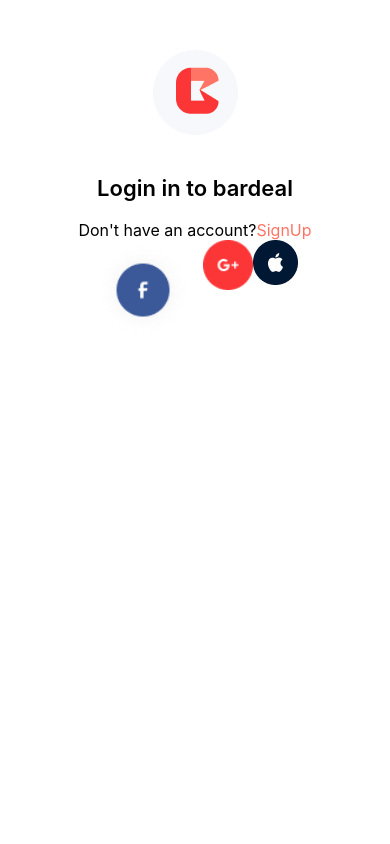
Repository: krunallogisticinfotech/bardealapp-clone
Screen: /
These files come from the project's save history. The screen is drawn as it stood at one moment and after the next save; the edit follows.
The app was drawn by React Native's web renderer in a window 390 px wide. The project was rebuilt for these pictures with package versions that can differ from the ones it lists, and the page was loaded fresh each time.

Above is the screen before, as saved 2021-10-21 18:12:13.

### App.js
import React from 'react';
import Loginscreen from './screens/Loginscreen';

const App = () => {
  return (
    <>
      <Loginscreen />
    </>
  );
};

export default App;

### screens/Loginscreen.js
import React from 'react';
import {Text, View, SafeAreaView, Image, StyleSheet} from 'react-native';
import Logo from '../assets/Logo.png';
import FacebookIcon from '../assets/Facebook.png';
import GoogleIcon from '../assets/Google.png';
import AppleIcon from '../assets/Apple.png';

const Loginscreen = () => {
  return (
    <SafeAreaView>
      <View style={styles.container}>
        <Image style={styles.applogo} source={Logo} />
        <Text style={styles.logoHeading}>Login in to bardeal</Text>
        <Text style={styles.accountText}>
          Don't have an account?
          <Text onPress={console.log('Singup')} style={styles.signupText}>
            SignUp
          </Text>
        </Text>
        <View style={styles.socialIconContainer}>
          <Image style={styles.FacebookIcon} source={FacebookIcon} />
          <Image style={styles.GoogleIcon} source={GoogleIcon} />
          <Image style={styles.AppleIcon} source={AppleIcon} />
        </View>
      </View>
    </SafeAreaView>
  );
};

const styles = StyleSheet.create({
  container: {
    flex: 1,
    alignItems: 'center',
  },
  applogo: {
    marginTop: 50,
  },
  logoHeading: {
    fontSize: 22,
    height: 25,
    fontWeight: '600',
    marginTop: 40,
  },
  accountText: {
    fontSize: 16,
    height: 20,
    marginTop: 20,
  },
  signupText: {
    color: '#FF7465',
    height: 20,
  },
  socialIconContainer:{
    flex: 3,
    flexDirection:'row',
  },
  FacebookIcon:{
    width: 100,
    height: 100,
  },
  GoogleIcon:{
    width: 50,
    height: 50,
    marginLeft:10,
  }

});

export default Loginscreen;

After the next save:
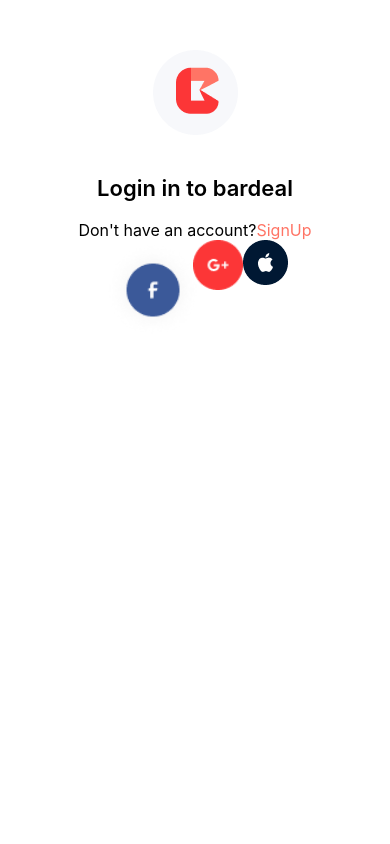
Saved 4 s later.
--- a/screens/Loginscreen.js
+++ b/screens/Loginscreen.js
@@ -61,7 +61,7 @@
   GoogleIcon:{
     width: 50,
     height: 50,
-    marginLeft:10,
+    marginLeft:-10,
   }
 
 });
